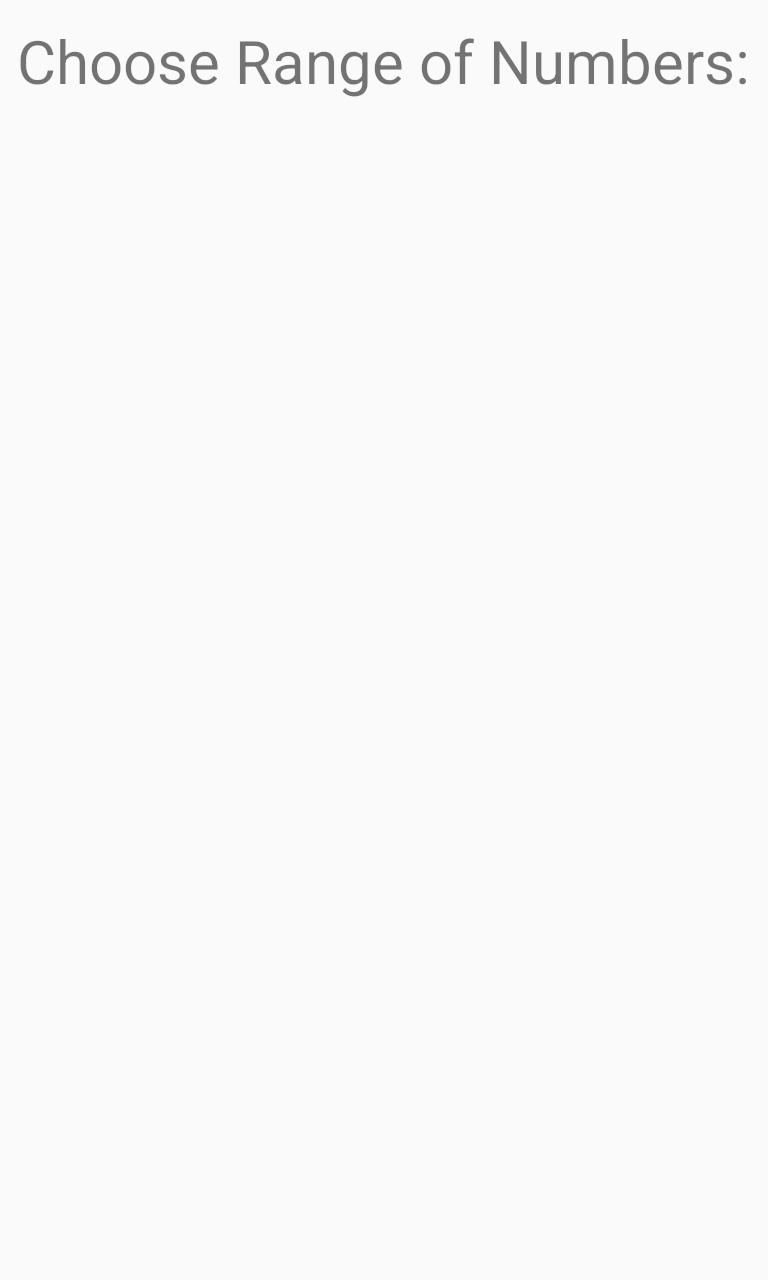
Repository: JoanneCaroll/Mathbomb
Layout: MathBomb/res/layout/activity_listcategory.xml
An editor plug-in stored every save of this project. The layout is shown before and after the next save, followed by the edit.
It is drawn on a 768 x 1280 px phone screen (xhdpi) without system bars, with theme AppTheme; the app's code is not run. Lists and similar views that code fills are empty.

Above is the layout before, as saved 2014-11-06 06:53:32.

After the next save:
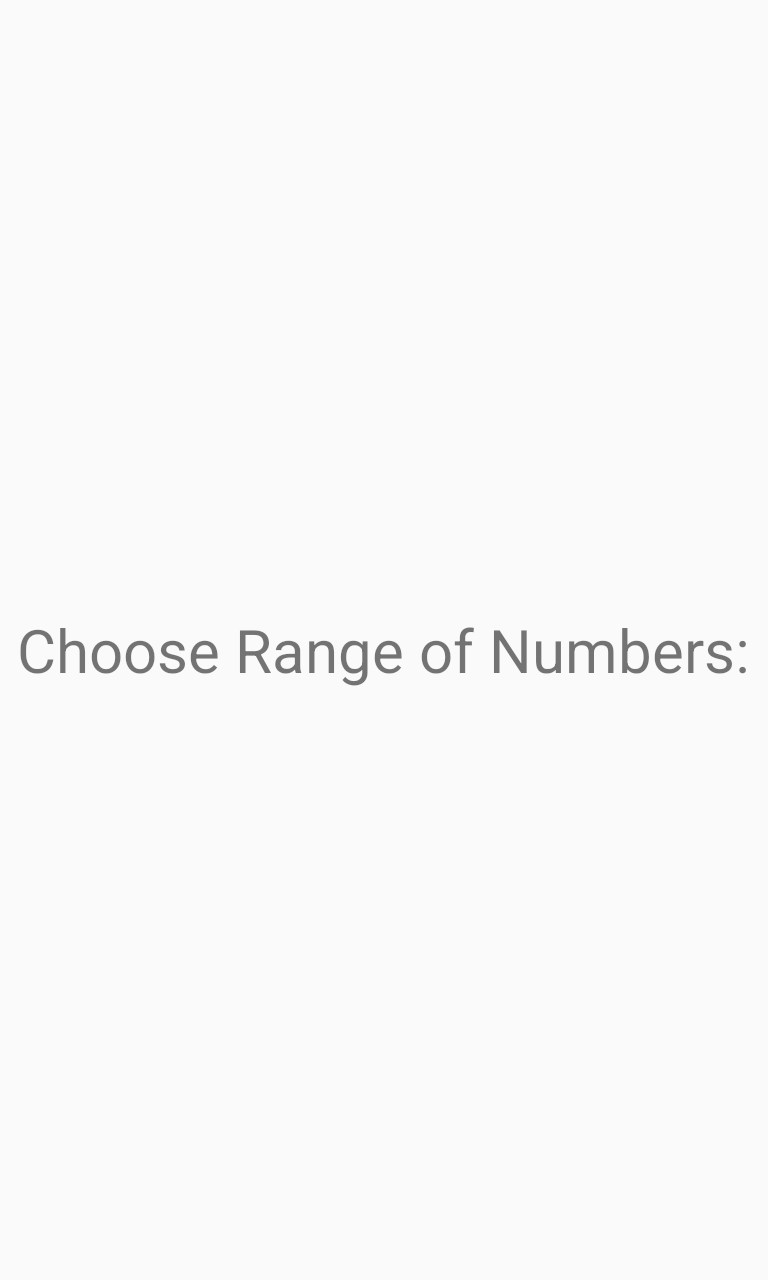
Saved 13 min 10 s later.
--- a/MathBomb/res/layout/activity_listcategory.xml
+++ b/MathBomb/res/layout/activity_listcategory.xml
@@ -2,7 +2,8 @@
 <LinearLayout xmlns:android="http://schemas.android.com/apk/res/android"
         android:orientation="vertical"
         android:layout_width="match_parent"
-        android:layout_height="match_parent">
+        android:layout_height="match_parent"
+        android:gravity="center">
 
 		<TextView
             android:paddingTop="10dp"
@@ -14,7 +15,7 @@
             android:textSize="30dp"/>
         <ListView
             android:id="@+id/ListView01"
-            android:layout_width="match_parent"
+            android:layout_width="wrap_content"
             android:layout_height="wrap_content">
 
         </ListView>
